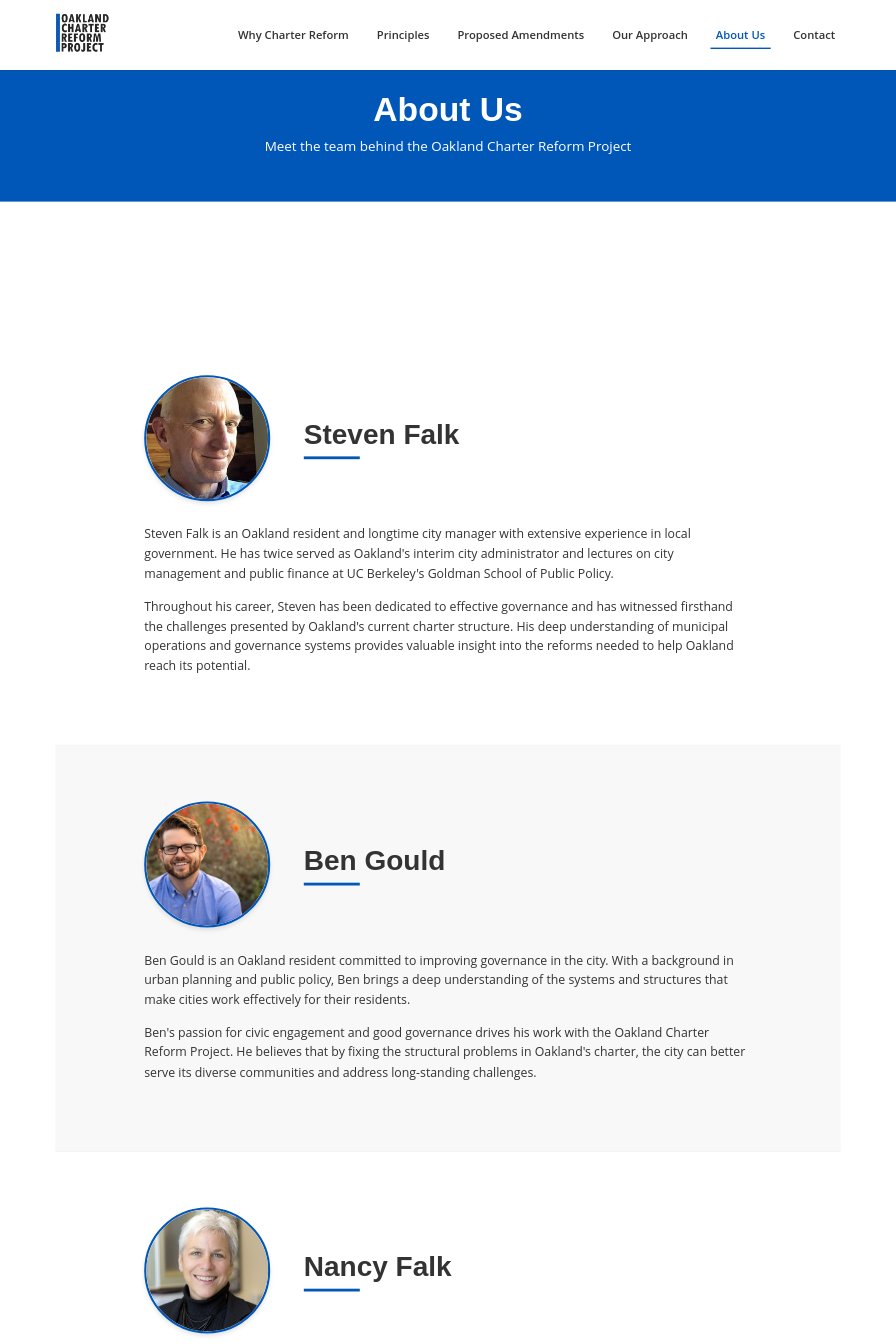
Repository: bgould132/oaklandcharterreform
Page: about.html
The author's editor kept a copy of each file at every save. The page is drawn from the files as they stood at one save, then again after the next save.
The browser window is 1280 px wide. The pictures show the part of the page from y = 0 to 1920 px (the page is 3186 px tall before and 3148 px after), at 70% of full size.

Above is the page before, as saved 2025-04-07 10:13:09.

### about.html
<!DOCTYPE html>
<html lang="en">
<head>
    <meta charset="UTF-8">
    <meta name="viewport" content="width=device-width, initial-scale=1.0">
    <meta name="description" content="About the Oakland Charter Reform Project team - Steven Falk, Ben Gould, and Nancy Falk">
    <title>About Us - Oakland Charter Reform Project</title>
    <link rel="stylesheet" href="css/styles.css">
    <!-- Font Awesome for icons -->
    <link rel="stylesheet" href="https://cdnjs.cloudflare.com/ajax/libs/font-awesome/6.4.2/css/all.min.css">
</head>
<body>
    <header>
        <div class="container">
            <nav aria-label="Main navigation">
                <div class="logo">
                    <a href="index.html" aria-label="Oakland Charter Reform Project Home">
                        <img src="images/logo/OCRP logo design.jpg" alt="Oakland Charter Reform Project Logo">
                    </a>
                </div>
                <button class="mobile-menu-button" aria-label="Toggle menu" aria-expanded="false" aria-controls="main-menu">
                    <span class="hamburger-icon"></span>
                </button>
                <ul id="main-menu" class="nav-menu">
                    <li><a href="index.html#why-charter-reform">Why Charter Reform</a></li>
                    <li><a href="index.html#principles">Principles</a></li>
                    <li><a href="index.html#proposed-amendments">Proposed Amendments</a></li>
                    <li><a href="index.html#our-approach">Our Approach</a></li>
                    <li><a href="about.html" class="active">About Us</a></li>
                    <li><a href="index.html#contact">Contact</a></li>
                </ul>
            </nav>
        </div>
    </header>

    <main>
        <!-- Page Header -->
        <section class="page-header about-header" aria-labelledby="page-heading">
            <div class="container">
                <h1 id="page-heading">About Us</h1>
                <p class="subtitle">Meet the team behind the Oakland Charter Reform Project</p>
            </div>
        </section>

        <!-- Team Section -->
        <section class="section" aria-labelledby="team-heading">
            <div class="container">
                <h2 id="team-heading" class="visually-hidden">Our Team</h2>

                <div class="team-member">
                    <div class="team-member-info">
                        <div class="member-header">
                            <div class="member-photo">
                                <img src="images/team/steven_falk.jpg" alt="Photo of Steven Falk">
                            </div>
                            <div class="member-title">
                                <h2>Steven Falk</h2>
                                <div class="title-underline"></div>
                            </div>
                        </div>
                        <div class="member-bio">
                            <p>Steven Falk is an Oakland resident and longtime city manager with extensive experience in local government. He has twice served as Oakland's interim city administrator and lectures on city management and public finance at UC Berkeley's Goldman School of Public Policy.</p>

                            <p>Throughout his career, Steven has been dedicated to effective governance and has witnessed firsthand the challenges presented by Oakland's current charter structure. His deep understanding of municipal operations and governance systems provides valuable insight into the reforms needed to help Oakland reach its potential.</p>
                        </div>
                    </div>
                </div>

                <div class="team-member alt-bg">
                    <div class="team-member-info">
                        <div class="member-header">
                            <div class="member-photo">
                                <img src="images/team/Ben Gould.jpeg" alt="Photo of Ben Gould">
                            </div>
                            <div class="member-title">
                                <h2>Ben Gould</h2>
                                <div class="title-underline"></div>
                            </div>
                        </div>
                        <div class="member-bio">
                            <p>Ben Gould is an Oakland resident committed to improving governance in the city. With a background in urban planning and public policy, Ben brings a deep understanding of the systems and structures that make cities work effectively for their residents.</p>

                            <p>Ben's passion for civic engagement and good governance drives his work with the Oakland Charter Reform Project. He believes that by fixing the structural problems in Oakland's charter, the city can better serve its diverse communities and address long-standing challenges.</p>
                        </div>
                    </div>
                </div>

                <div class="team-member">
                    <div class="team-member-info">
                        <div class="member-header">
                            <div class="member-photo">
                                <img src="images/team/Nancy Falk.jpeg" alt="Photo of Nancy Falk">
                            </div>
                            <div class="member-title">
                                <h2>Nancy Falk</h2>
                                <div class="title-underline"></div>
                            </div>
                        </div>
                        <div class="member-bio">
                            <p>Nancy Falk is a dedicated Oakland resident with a commitment to community engagement and civic improvement. Her background in organizational management complements the team's expertise in government operations and policy.</p>

                            <p>Nancy focuses on building connections with community stakeholders and ensuring that the charter reform process is inclusive and representative of Oakland's diverse population. Her collaborative approach helps the project bridge divides and build consensus around necessary reforms.</p>
                        </div>
                    </div>
                </div>

                <div class="team-cta">
                    <h3>Join Our Efforts</h3>
                    <p>We're working to build a better Oakland through structural reform. If you're interested in getting involved or learning more about our work, please reach out.</p>
                    <a href="index.html#contact" class="cta-button">Contact Us</a>
                </div>
            </div>
        </section>
    </main>

    <footer>
        <div class="container">
            <div class="footer-content">
                <div class="footer-logo">
                    <img src="images/logo/OCRP logo design.jpg" alt="Oakland Charter Reform Project Logo" width="120">
                </div>
                <div class="footer-text">
                    <p>&copy; 2025 Oakland Charter Reform Project. All rights reserved.</p>
                    <p>In the spirit of a better Oakland,</p>
                    <div class="signature">
                        <img src="images/logo/steve and ben and nancy signature.jpg" alt="Signatures of Steven Falk, Ben Gould, and Nancy Falk" class="signature-img">
                        <p>Steven Falk, Ben Gould, and Nancy Falk<br>
                        Oakland Charter Reform Project Organizers</p>
                    </div>
                </div>
            </div>
        </div>
    </footer>

    <script src="js/main.js"></script>
</body>
</html>

### css/styles.css
/* Base Styles */
:root {
    --primary-color: #0057b8; /* Blue from the logo */
    --secondary-color: #333333;
    --accent-color: #f8f8f8;
    --text-color: #333333;
    --light-text: #ffffff;
    --heading-font: 'Montserrat', sans-serif;
    --body-font: 'Open Sans', sans-serif;
    --container-width: 1200px;
    --border-radius: 4px;
    --box-shadow: 0 4px 6px rgba(0, 0, 0, 0.1);
    --transition: all 0.3s ease;
}

/* Typography */
@import url('https://fonts.googleapis.com/css2?family=Montserrat:wght@500;700&family=Open+Sans:wght@400;600&display=swap');

* {
    margin: 0;
    padding: 0;
    box-sizing: border-box;
}

body {
    font-family: var(--body-font);
    line-height: 1.6;
    color: var(--text-color);
    font-size: 16px;
}

h1, h2, h3, h4, h5, h6 {
    font-family: var(--heading-font);
    font-weight: 700;
    line-height: 1.2;
    margin-bottom: 0.5em;
}

h1 {
    font-size: 3rem;
}

h2 {
    font-size: 2.5rem;
    margin-bottom: 1rem;
}

h3 {
    font-size: 1.5rem;
}

p {
    margin-bottom: 1.2rem;
}

a {
    color: var(--primary-color);
    text-decoration: none;
    transition: var(--transition);
}

a:hover {
    color: #004085;
}

ul {
    list-style-type: none;
}

/* Container */
.container {
    width: 90%;
    max-width: var(--container-width);
    margin: 0 auto;
    padding: 0 15px;
}

/* Header & Navigation */
header {
    background-color: #fff;
    box-shadow: 0 2px 4px rgba(0, 0, 0, 0.1);
    position: fixed;
    width: 100%;
    top: 0;
    left: 0;
    z-index: 1000;
}

header .container {
    display: flex;
    justify-content: space-between;
    align-items: center;
}

nav {
    display: flex;
    justify-content: space-between;
    align-items: center;
    width: 100%;
    padding: 1rem 0;
}

.logo img {
    height: 60px;
    width: auto;
}

.nav-menu {
    display: flex;
    gap: 1.5rem;
}

.nav-menu a {
    color: var(--secondary-color);
    font-weight: 600;
    font-size: 1rem;
    padding: 0.5rem;
}

.nav-menu a:hover {
    color: var(--primary-color);
    border-bottom: 2px solid var(--primary-color);
}

.mobile-menu-button {
    display: none;
    background: none;
    border: none;
    cursor: pointer;
    padding: 0.5rem;
}

.hamburger-icon,
.hamburger-icon::before,
.hamburger-icon::after {
    display: block;
    background-color: var(--secondary-color);
    height: 3px;
    width: 25px;
    border-radius: 3px;
    position: relative;
}

.hamburger-icon::before,
.hamburger-icon::after {
    content: '';
    position: absolute;
}

.hamburger-icon::before {
    top: -8px;
}

.hamburger-icon::after {
    top: 8px;
}

/* Hero Section */
.hero {
    height: 100vh;
    position: relative;
    margin-top: 80px; /* To account for fixed header */
}

.hero-image {
    height: 100%;
    width: 100%;
    position: relative;
}

.hero-image img {
    width: 100%;
    height: 100%;
    object-fit: cover;
    filter: brightness(70%);
}

.hero-content {
    position: absolute;
    top: 50%;
    left: 50%;
    transform: translate(-50%, -50%);
    text-align: center;
    color: var(--light-text);
    width: 80%;
    max-width: 800px;
}

.hero-content h1 {
    font-size: 3.5rem;
    margin-bottom: 0.5rem;
    text-shadow: 2px 2px 4px rgba(0, 0, 0, 0.5);
}

.tagline {
    font-size: 1.5rem;
    margin-bottom: 2rem;
    text-shadow: 1px 1px 2px rgba(0, 0, 0, 0.5);
}

.cta-button {
    display: inline-block;
    background-color: var(--primary-color);
    color: var(--light-text);
    padding: 0.8rem 1.5rem;
    border-radius: var(--border-radius);
    font-weight: 600;
    text-transform: uppercase;
    letter-spacing: 1px;
    transition: var(--transition);
}

.cta-button:hover {
    background-color: #004085;
    color: var(--light-text);
    transform: translateY(-2px);
    box-shadow: var(--box-shadow);
}

/* Section Styling */
.section {
    padding: 5rem 0;
}

.alt-bg {
    background-color: var(--accent-color);
}

.section h2 {
    text-align: center;
    margin-bottom: 2.5rem;
    position: relative;
}

.section h2::after {
    content: '';
    display: block;
    width: 80px;
    height: 4px;
    background-color: var(--primary-color);
    margin: 1rem auto 0;
}

.section-content {
    display: flex;
    flex-wrap: wrap;
    gap: 2rem;
    justify-content: space-between;
    align-items: flex-start;
}

.text-content {
    flex: 1 1 60%;
}

.stat-boxes {
    flex: 1 1 30%;
    display: flex;
    flex-direction: column;
    gap: 1.5rem;
}

.stat-box {
    background-color: var(--primary-color);
    color: var(--light-text);
    padding: 2rem;
    border-radius: var(--border-radius);
    text-align: center;
    box-shadow: var(--box-shadow);
}

.stat-number {
    font-size: 3rem;
    font-weight: 700;
    display: block;
    margin-bottom: 0.5rem;
}

.highlight-quote {
    font-size: 1.5rem;
    font-style: italic;
    color: var(--primary-color);
    border-left: 4px solid var(--primary-color);
    padding-left: 1rem;
    margin-bottom: 1.5rem;
}

/* Principles Section */
.principles-grid {
    display: grid;
    grid-template-columns: repeat(auto-fit, minmax(250px, 1fr));
    gap: 2rem;
    margin-top: 2rem;
}

.principle-card {
    background-color: white;
    padding: 2rem;
    border-radius: var(--border-radius);
    box-shadow: var(--box-shadow);
    text-align: center;
    transition: var(--transition);
}

.principle-card:hover {
    transform: translateY(-5px);
    box-shadow: 0 6px 12px rgba(0, 0, 0, 0.15);
}

.principle-icon {
    font-size: 2.5rem;
    color: var(--primary-color);
    margin-bottom: 1rem;
}

/* Our Approach Section */
.approach-content {
    display: flex;
    flex-wrap: wrap;
    gap: 3rem;
    justify-content: space-between;
}

.approach-text {
    flex: 1 1 45%;
}

.approach-list {
    list-style-type: disc;
    padding-left: 1.5rem;
    margin: 1rem 0 1.5rem;
}

.approach-list li {
    margin-bottom: 0.8rem;
}

.timeline {
    flex: 1 1 45%;
    position: relative;
    margin-left: 20px;
}

.timeline::before {
    content: '';
    position: absolute;
    left: 0;
    top: 0;
    bottom: 0;
    width: 4px;
    background-color: var(--primary-color);
    transform: translateX(-50%);
}

.timeline-item {
    position: relative;
    padding: 0 0 2rem 2rem;
}

.timeline-marker {
    position: absolute;
    left: 0;
    top: 0;
    width: 20px;
    height: 20px;
    border-radius: 50%;
    background-color: white;
    border: 4px solid var(--primary-color);
    transform: translateX(-50%);
    z-index: 1;
}

.timeline-content {
    background-color: white;
    padding: 1.5rem;
    border-radius: var(--border-radius);
    box-shadow: var(--box-shadow);
}

/* Contact Section */
.contact-content {
    max-width: 700px;
    margin: 0 auto;
    text-align: center;
}

.contact-info {
    margin-top: 2rem;
}

.signup-form {
    margin-top: 2rem;
}

/* Footer */
footer {
    background-color: var(--secondary-color);
    color: var(--light-text);
    padding: 3rem 0;
}

.footer-content {
    display: flex;
    flex-direction: column;
    align-items: center;
    gap: 2rem;
    text-align: center;
}

.footer-logo img {
    filter: brightness(0) invert(1);
}

.footer-text {
    flex: 1;
    text-align: center;
}

.signature {
    margin-top: 1rem;
    display: flex;
    flex-direction: column;
    align-items: center;
}

.signature-img {
    max-width: 250px;
    margin-bottom: 0.5rem;
    display: block;
}

.footer-social {
    display: flex;
    gap: 1rem;
}

.footer-social a {
    color: var(--light-text);
    font-size: 1.5rem;
    transition: var(--transition);
}

.footer-social a:hover {
    color: var(--primary-color);
}

/* Media Queries for Responsive Design */
@media (max-width: 992px) {
    h1 {
        font-size: 2.5rem;
    }

    h2 {
        font-size: 2rem;
    }

    .hero-content h1 {
        font-size: 2.8rem;
    }

    .tagline {
        font-size: 1.3rem;
    }
}

@media (max-width: 768px) {
    .section-content,
    .approach-content {
        flex-direction: column;
    }

    .stat-boxes {
        width: 100%;
    }

    .hero-content h1 {
        font-size: 2.2rem;
    }

    .tagline {
        font-size: 1.1rem;
    }

    .mobile-menu-button {
        display: block;
    }

    .nav-menu {
        display: none;
        flex-direction: column;
        position: absolute;
        top: 100%;
        left: 0;
        width: 100%;
        background-color: white;
        box-shadow: 0 4px 6px rgba(0, 0, 0, 0.1);
        padding: 1rem 0;
    }

    .nav-menu.show {
        display: flex;
    }

    .nav-menu li {
        width: 100%;
        text-align: center;
    }

    .nav-menu a {
        display: block;
        padding: 0.8rem 0;
    }
}

@media (max-width: 576px) {
    .hero-content h1 {
        font-size: 1.8rem;
    }

    .tagline {
        font-size: 1rem;
    }

    .cta-button {
        padding: 0.6rem 1.2rem;
        font-size: 0.9rem;
    }

    .footer-content {
        flex-direction: column;
        text-align: center;
        gap: 1.5rem;
    }
}

/* Accessibility Enhancements */
:focus {
    outline: 3px solid var(--primary-color);
    outline-offset: 3px;
}

.skip-link {
    position: absolute;
    top: -100px;
    left: 0;
    background: var(--primary-color);
    color: white;
    padding: 10px;
    z-index: 1001;
}

.skip-link:focus {
    top: 0;
}

/* Print Styles */
@media print {
    body {
        font-size: 12pt;
    }

    header, footer, .cta-button, .hero-image {
        display: none;
    }

    .container {
        width: 100%;
        max-width: 100%;
    }

    .section {
        page-break-inside: avoid;
        padding: 1rem 0;
    }
}

/* Amendment Section */
.amendment-card {
    background-color: white;
    padding: 1.5rem;
    border-radius: var(--border-radius);
    box-shadow: var(--box-shadow);
    margin-bottom: 1.5rem;
}

.amendment-list {
    list-style-type: disc;
    padding-left: 1.5rem;
    margin: 1rem 0;
}

.amendment-list li {
    margin-bottom: 0.8rem;
}

.buttons-container {
    display: flex;
    gap: 1rem;
    justify-content: center;
    margin-top: 2rem;
    flex-wrap: wrap;
}

.outline-button {
    display: inline-block;
    background-color: transparent;
    color: var(--primary-color);
    border: 2px solid var(--primary-color);
    padding: 0.8rem 1.5rem;
    border-radius: var(--border-radius);
    font-weight: 600;
    text-transform: uppercase;
    letter-spacing: 1px;
    transition: var(--transition);
}

.outline-button:hover {
    background-color: var(--primary-color);
    color: var(--light-text);
    transform: translateY(-2px);
    box-shadow: var(--box-shadow);
}

/* About Us Page */
.page-header {
    background-color: var(--primary-color);
    color: var(--light-text);
    padding: 8rem 0 4rem;
    text-align: center;
    margin-bottom: 3rem;
}

.page-header h1 {
    font-size: 3rem;
    margin-bottom: 0.5rem;
}

.subtitle {
    font-size: 1.2rem;
    max-width: 600px;
    margin: 0 auto;
}

.visually-hidden {
    position: absolute;
    width: 1px;
    height: 1px;
    padding: 0;
    margin: -1px;
    overflow: hidden;
    clip: rect(0, 0, 0, 0);
    white-space: nowrap;
    border: 0;
}

.team-member {
    padding: 5rem 0;
    border-bottom: 1px solid #eee;
}

.team-member.alt-bg {
    background-color: var(--accent-color);
}

.team-member:last-of-type {
    border-bottom: none;
}

.team-member-info {
    max-width: 800px;
    margin: 0 auto;
}

.member-role {
    color: var(--primary-color);
    font-weight: 600;
    margin-bottom: 1rem;
}

.member-bio {
    margin-top: 1rem;
}

.team-cta {
    text-align: center;
    max-width: 600px;
    margin: 4rem auto 0;
    padding: 2rem;
    background-color: white;
    border-radius: var(--border-radius);
    box-shadow: var(--box-shadow);
}

.team-cta h3 {
    color: var(--primary-color);
    margin-bottom: 1rem;
}

.team-cta p {
    margin-bottom: 1.5rem;
}

@media (max-width: 768px) {
    .page-header {
        padding: 7rem 0 3rem;
    }

    .page-header h1 {
        font-size: 2.5rem;
    }

    .team-member {
        padding: 2rem 0;
    }
}

/* Active Navigation */
.nav-menu a.active {
    color: var(--primary-color);
    border-bottom: 2px solid var(--primary-color);
}

/* Team Member Styling */
.member-header {
    display: flex;
    align-items: center;
    margin-bottom: 2rem;
}

.member-photo {
    width: 180px;
    height: 180px;
    border-radius: 50%;
    overflow: hidden;
    margin-right: 3rem;
    box-shadow: var(--box-shadow);
    flex-shrink: 0;
    border: 3px solid var(--primary-color);
}

.member-photo img {
    width: 100%;
    height: 100%;
    object-fit: cover;
    object-position: center;
}

.member-title {
    flex: 1;
}

.member-title h2 {
    font-size: 2.5rem;
    margin-bottom: 0.5rem;
    text-align: left;
}

.member-title h2::after {
    display: none;
}

.title-underline {
    height: 4px;
    width: 80px;
    background-color: var(--primary-color);
    margin-top: 0.5rem;
}

.team-member-info {
    max-width: 900px;
    margin: 0 auto;
    padding: 0 1rem;
}

.member-bio {
    margin-top: 1rem;
    font-size: 1.1rem;
}

.team-member {
    padding: 5rem 0;
    border-bottom: 1px solid #eee;
}

@media (max-width: 768px) {
    .member-header {
        flex-direction: column;
        text-align: center;
    }

    .member-photo {
        margin-right: 0;
        margin-bottom: 1.5rem;
    }

    .member-title h2 {
        text-align: center;
    }

    .title-underline {
        margin: 0.5rem auto 0;
    }
}

.member-photo img[src*="Ben Gould"] {
    object-position: top center;
}

Loaded but not shown: js/main.js (101 lines, source omitted)

After the next save:
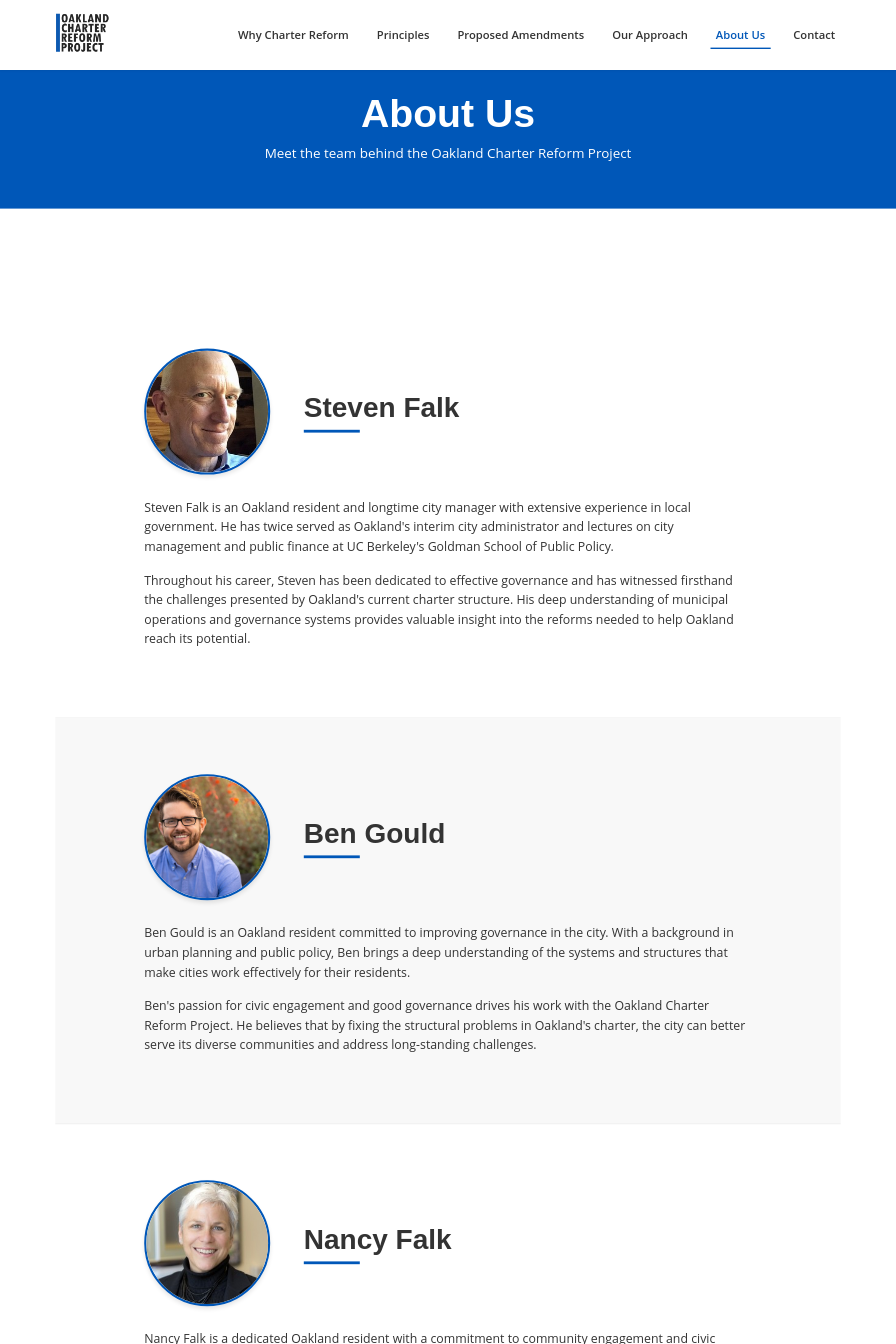
Saved 8 s later.
--- a/css/styles.css
+++ b/css/styles.css
@@ -805,3 +805,11 @@ footer {
 .member-photo img[src*="Ben Gould"] {
     object-position: top center;
 }
+
+.about-header {
+    margin-bottom: 0;
+}
+
+.about-header h1 {
+    font-size: 3.5rem;
+}
